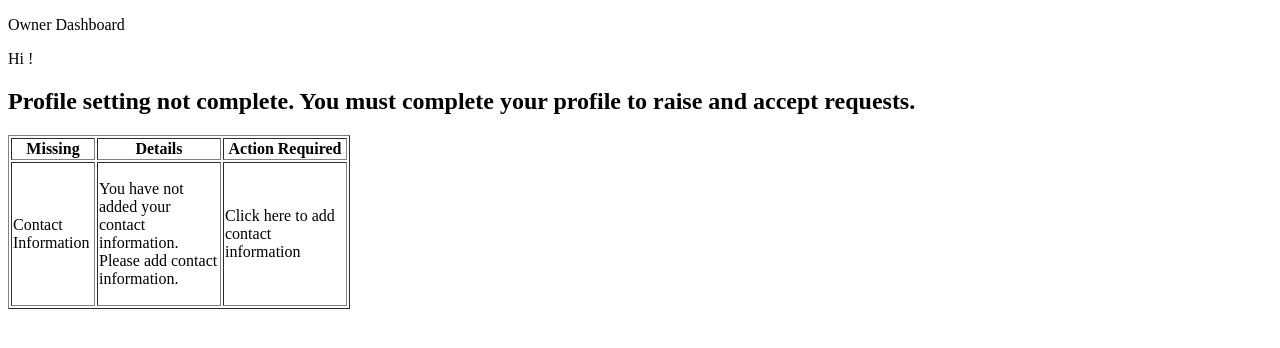
Repository: vasuanne/PetDiaries
Page: http://localhost/SpringMVC/WEB-INF/views/ownerDashboard.jsp
The author's editor kept a copy of each file at every save. The page is drawn from the files as they stood at one save, then again after the next save.
The browser window is 1280 px wide. The pictures show the whole page.
The page is served by Tomcat 9. Nobody is signed in. The template is opened directly, without the code that normally fills it, so the values that code supplies are empty.

Above is the page before, as saved 2017-04-26 19:45:45.

After the next save:
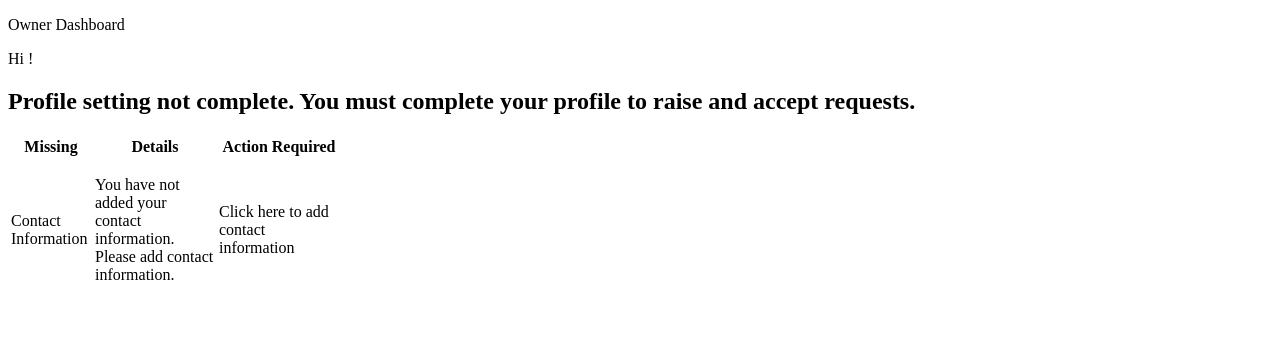
Saved 47 s later.
--- a/oopsWorkspace/SpringMVC/src/main/webapp/WEB-INF/views/ownerDashboard.jsp
+++ b/oopsWorkspace/SpringMVC/src/main/webapp/WEB-INF/views/ownerDashboard.jsp
@@ -14,7 +14,7 @@
 
 <c:if test="${petCount == 0 || !contactInfo}">
 <h2>Profile setting not complete. You must complete your profile to raise and accept requests.</h2>
-	<table class="tg"  border="1" #000000 solid>
+	<table class="tg"  border="0">
 	<tr>
 		<th width="80">Missing</th>
 		<th width="120">Details</th>
